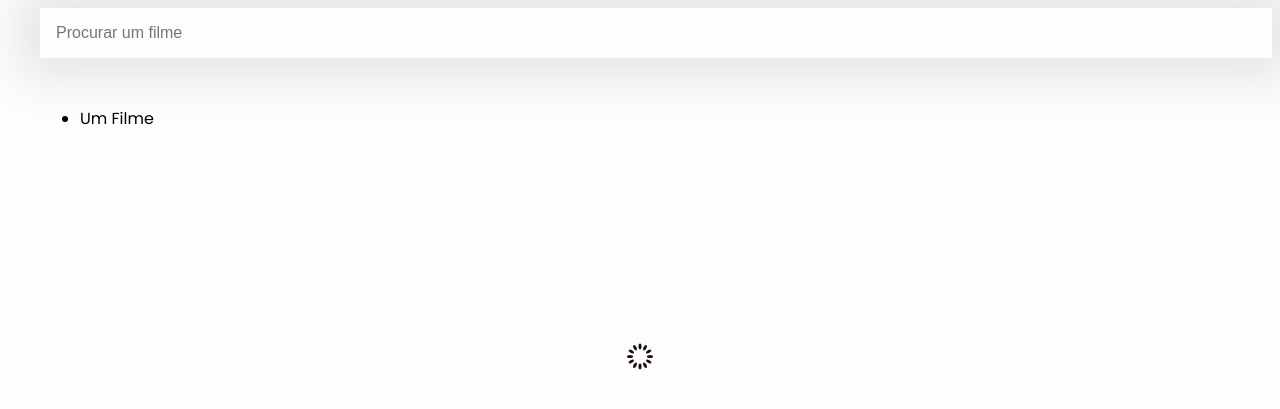
Repository: giordanobraz/agenda-edu-challenge
Page: /
An editor plug-in stored every save of this project. The page is shown before and after a run of saves, followed by the edit.
The browser window is 1280 px wide. The pictures show the whole page.
The page's requests for data from a server got no answer. The project was rebuilt for these pictures with package versions that can differ from the ones it lists, and the page was loaded fresh each time. No one was signed in, and anything a server would have sent is missing. Also part of the build but not shown: src/components/List/MovieList.scss, src/components/Details/Details.scss, src/components/Details/Details.js, src/pages/Details/index.js.

Above is the page before, as saved 2022-05-13 16:52:15.

After the next 2 saves:
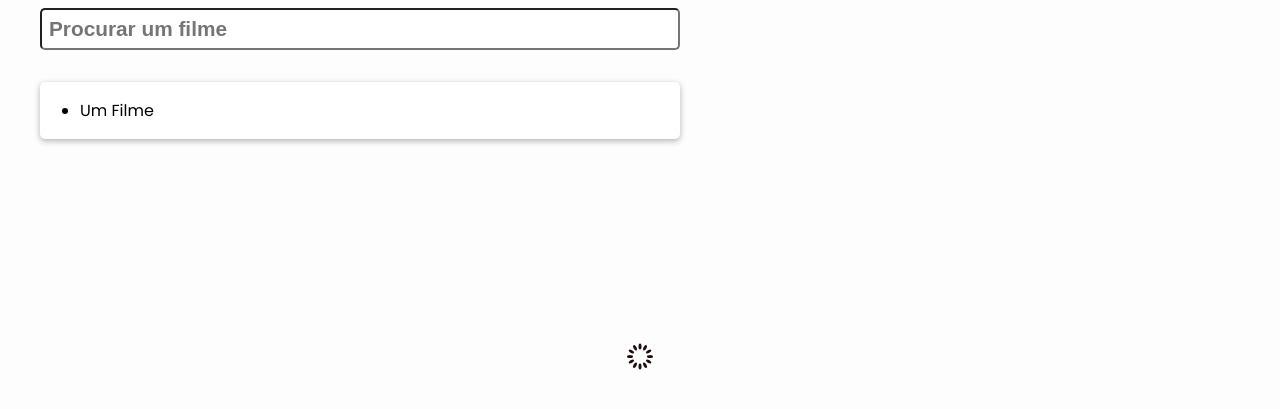
The 2 saves are shown as one change because they came seconds apart.
The last was saved 88 s later.
--- a/src/components/Search/SearchBar.scss
+++ b/src/components/Search/SearchBar.scss
@@ -1,40 +1,17 @@
-.search-bar {
-  display: flex;
-  flex-direction: column;
-  align-items: center;
-  justify-content: space-between;
-  width: 100%;
-  height: 100%;
-  padding: 0;
-  margin: 0;
-  border: none;
-  border-radius: 0;
-  background-color: #fdfdfd;
-  position: relative;
-  z-index: 1;
-}
-
 input {
-  width: 100%;
-  height: 100%;
-  padding: 1rem;
-  margin: 0;
-  border: none;
-  border-radius: 0;
-  background-color: #fdfdfd;
-  font-size: 1rem;
-  color: #000;
-  box-shadow: none;
-  transition: all 0.3s ease;
-  box-shadow: 0px 0px 50px 20px rgba(0, 0, 0, 0.1);
-  &:focus {
-      box-shadow: none;
-  }
+  width: 50vw;
+	padding: 7px;
+	font-size: 1.3rem;
+	color: rgb(99, 99, 99);
+	box-sizing: border-box;
+	outline: none;
+	border-radius: 5px;
+	font-weight: bold;
 }
 
 .search-bar-items {
-  width: 100%;
-  height: 100%;
-  margin: 0;
-  padding: 0;
+  width: 50vw;
+	background: #ffff;
+	border-radius: 5px;
+	box-shadow: 0 2px 6px rgba(0,0,0,0.3);
 }
